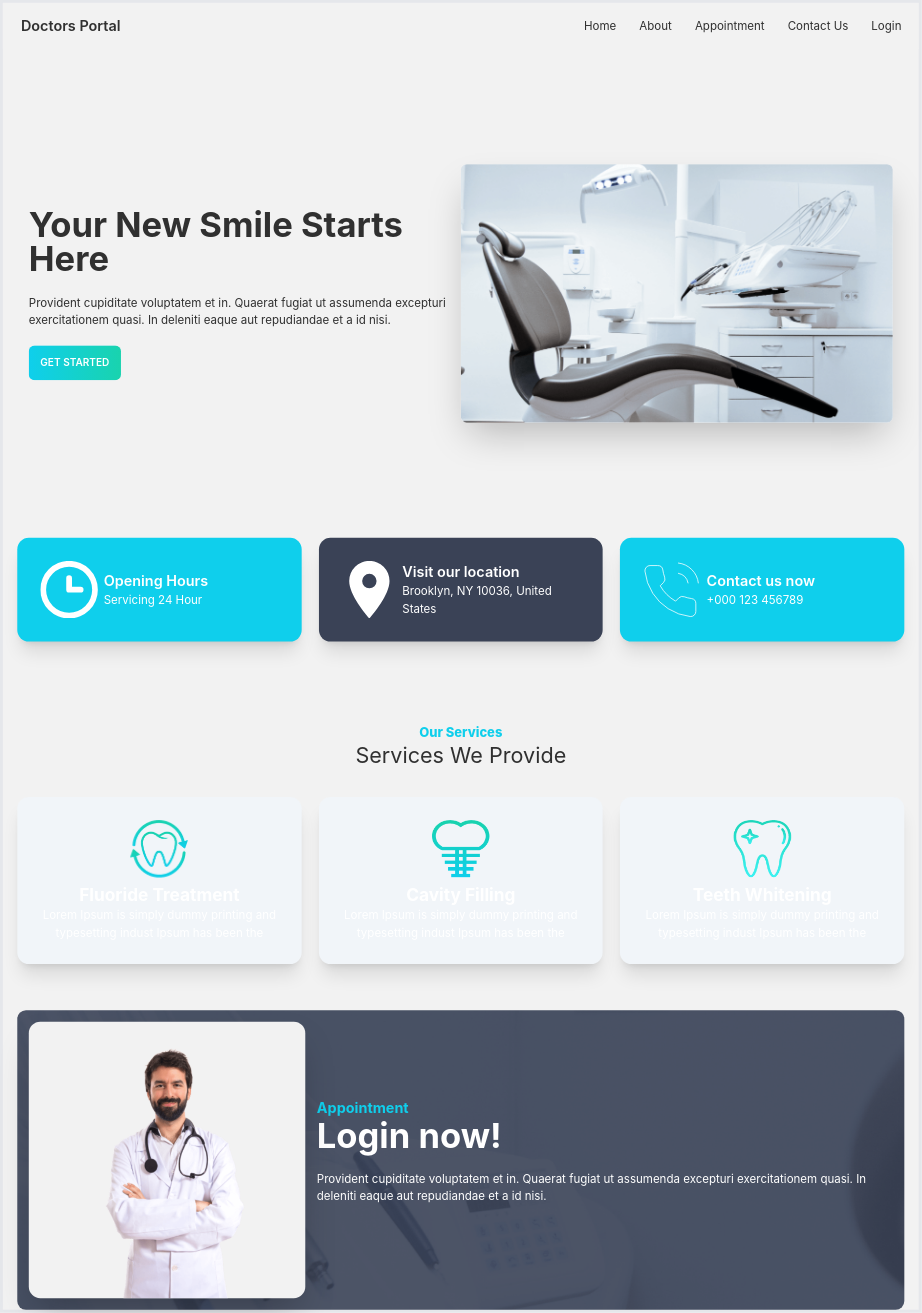
Repository: Samad77/Doctorportal-Client
Page: /
The author's editor kept a copy of each file at every save. The page is drawn from the files as they stood at one save, then again after the next save.
The browser window is 1280 px wide. The pictures show the whole page, at 72% of full size.
The project was rebuilt for these pictures with package versions that can differ from the ones it lists, and the page was loaded fresh each time. Also part of the build but not shown: src/Pages/Login/Login.js.

Above is the page before, as saved 2022-11-12 18:44:00.

### src/App.js
import logo from './logo.svg';
import './App.css';
import {RouterProvider} from 'react-router-dom'
import router from './Layout/Routes/Routes';
import Cards from './Pages/Home/Cards/Cards';
function App() {
  return (
    <div className="App max-w-[1440px] mx-auto border-4">
      <RouterProvider router={router}>

      </RouterProvider>
    </div>
  );
}

export default App;

### src/Layout/Routes/Routes.js
import { createBrowserRouter } from "react-router-dom";
import Home from "../../Pages/Home/Home";
import Login from "../../Pages/Login/Login";
import Main from "../Main/Main";

const router = createBrowserRouter([
    {path : "/",
    element : <Main></Main>,
    children : [
        {path : '/', element : <Home></Home>,},
        {path: '/home', element : <Home></Home>},
        {path: '/login', element : <Login></Login>},
    ]
    }
])

export default router;

### src/Pages/Home/Cards/Cards.js
import React from 'react';
import img1 from '../../../assets/icons/clock.svg'
import img2 from '../../../assets/icons/marker.svg'
import img3 from '../../../assets/icons/phone.svg'
import img4 from '../../../assets/icons/quote.svg'

const Cards = () => {
    return (
        <section className='grid grid-cols-1 gap-6 md:grid-cols-2 lg:grid-cols-3 my-28'>
            <div className="card  bg-primary text-white shadow-xl">
                <div className="card-body flex flex-col items-center  lg:flex-row">
                    <div className=''>
                        <img src={img1} alt="" className='w-20 h-20'/>
                    </div>
                    <div className='text-left'>
                        <h2 className="card-title">Opening Hours</h2>
                        <p>Servicing 24 Hour</p>
                    </div>

                </div>
            </div>

            <div className="card  bg-neutral text-white shadow-xl">
                <div className="card-body flex flex-col items-center  lg:flex-row">
                    <div className=''>
                        <img src={img2} alt="" className='w-20 h-20'/>
                    </div>
                    <div className='text-left'>
                        <h2 className="card-title">Visit our location</h2>
                        <p>Brooklyn, NY 10036, United States</p>
                    </div>

                </div>
            </div>

            <div className="card  bg-primary text-white shadow-xl">
                <div className="card-body flex flex-col items-center  lg:flex-row">
                    <div className=''>
                        <img src={img3} alt="" className='w-20 h-20'/>
                    </div>
                    <div className='text-left'>
                        <h2 className="card-title">Contact us now</h2>
                        <p>+000 123 456789</p>
                    </div>

                </div>
            </div>
        </section>
    );
};

export default Cards;

### src/Pages/Home/Home.js
import React from 'react';
import Banner from './Banner/Banner';
import Cards from './Cards/Cards';
import MakeAppointment from './MakeAppointment/MakeAppointment';
import Services from './Services/Services';

const Home = () => {
    return (
        <div className='mx-5'>
            <Banner></Banner>
            <Cards></Cards>
            <Services></Services>
            <MakeAppointment></MakeAppointment>
        </div>
    );
};

export default Home;

### src/Layout/Main/Main.js
import React from 'react';
import Footer from '../../Pages/Shared/Footer/Footer';
import Navbar from '../../Pages/Shared/Navbar/Navbar';
import {Outlet} from 'react-router-dom'
const Main = () => {
    return (
        <div>
            <Navbar></Navbar>
                <Outlet></Outlet>
            <Footer></Footer>
        </div>
    );
};

export default Main;

### src/Pages/Home/Banner/Banner.js
import React from 'react';
import img1 from '../../../assets/images/chair.png'
import PrimaryButton from '../../../Components/PrimaryButton/PrimaryButton';
const Banner = () => {
    return (
        <div className="hero bg-base-100 my-36">
            <div className="hero-content flex-col lg:flex-row-reverse">
                <img src={img1} className=" rounded-lg shadow-2xl lg:w-1/2" />
                <div className='text-left'>
                <h1 className="text-5xl font-bold">Your New Smile Starts Here</h1>
                <p className="py-6">Provident cupiditate voluptatem et in. Quaerat fugiat ut assumenda excepturi exercitationem quasi. In deleniti eaque aut repudiandae et a id nisi.</p>
                <PrimaryButton>Get Started</PrimaryButton>
                </div>
            </div>
        </div>
    );
};

export default Banner;

### src/Pages/Home/MakeAppointment/MakeAppointment.js
import React from 'react';
import img1 from '../../../assets/images/appointment.png'
import doctor from '../../../assets/images/doctor.png'

const MakeAppointment = () => {
    return (
        <div className="hero bg-base-100 mt-16 text-white rounded-xl" style={{background : `url(${img1})`}}>
  <div className="hero-content flex-col lg:flex-row-reverse">
    <div className="text-center lg:text-left">
      <h1 className='text-primary text-xl font-bold' >Appointment</h1>
      <h1 className="text-5xl font-bold">Login now!</h1>
      <p className="py-6">Provident cupiditate voluptatem et in. Quaerat fugiat ut assumenda excepturi exercitationem quasi. In deleniti eaque aut repudiandae et a id nisi.</p>
    </div>
    <div className="card flex-shrink-0  max-w-sm shadow-2xl bg-base-100">
       <img src={doctor} alt="" />
    </div>
  </div>
</div>
    );
};

export default MakeAppointment;

### src/Pages/Home/Services/Services.js
import React from 'react';
import img1 from '../../../assets/images/fluoride.png'
import img2 from '../../../assets/images/cavity.png'
import img3 from '../../../assets/images/whitening.png'
const Services = () => {
    const allServices = [
        {
            img : img1,
            name : "Fluoride Treatment",
            about : "Lorem Ipsum is simply dummy printing and typesetting indust Ipsum has been the"
        },
        {
            img : img2,
            name : "Cavity Filling",
            about : "Lorem Ipsum is simply dummy printing and typesetting indust Ipsum has been the"
        },
        {
            img : img3,
            name : "Teeth Whitening",
            about : "Lorem Ipsum is simply dummy printing and typesetting indust Ipsum has been the"
        },
    ]
    return (

        <section>

            <div className=''>
                <h1 className='text-primary text-lg font-extrabold'>Our Services</h1>
                <p className='text-3xl'>Services We Provide</p>
            </div>

            <div className='grid grid-cols-1 gap-6 my-10 md:grid-cols-2 lg:grid-cols-3'>

            {
                allServices.map( service => <Service key={service.name} service={service}></Service>)
            }
            </div>
        </section>

    );
};

const Service = ({service}) => {
    return (
        <div className="card  bg-primary text-white shadow-xl bg-slate-100 text-black ">
            <div className="card-body flex flex-col items-center  ">
                <div className=''>
                    <img src={service.img} alt="" className='w-20 h-20'/>
                </div>
                <div className=''>
                    <h2 className="text-2xl font-bold">{service.name}</h2>
                    <p>{service.about}</p>
                </div>
            </div>
        </div>


    )
}
export default Services;

### src/Pages/Shared/Navbar/Navbar.js
import React from 'react';
import {Link} from 'react-router-dom'
const Navbar = () => {

    const menuItems =

    <React.Fragment>
        <li><Link to="/home">Home</Link></li>
        <li><Link to="/about">About</Link></li>
        <li><Link to="/appointment">Appointment</Link></li>
        <li><Link to="/contact">Contact Us</Link></li>
        <li><Link to="/login">Login</Link></li>
    </React.Fragment>

    return (
        <div className="navbar bg-base-100 flex justify-between">
  <div className="navbar-start">
    <div className="dropdown">
      <label tabIndex={0} className="btn btn-ghost lg:hidden">
        <svg xmlns="http://www.w3.org/2000/svg" className="h-5 w-5" fill="none" viewBox="0 0 24 24" stroke="currentColor"><path strokeLinecap="round" strokeLinejoin="round" strokeWidth="2" d="M4 6h16M4 12h8m-8 6h16" /></svg>
      </label>
      <ul tabIndex={0} className="menu menu-compact dropdown-content mt-3 p-2 shadow rounded-box w-52">
            {menuItems}
      </ul>
    </div>
    <Link to='/' className="btn btn-ghost normal-case text-xl">Doctors Portal</Link>
  </div>
  <div className="navbar-center hidden lg:flex">
    <ul className="menu menu-horizontal p-0">
        {menuItems}
    </ul>
  </div>

</div>
    );
};

export default Navbar;

### src/Components/PrimaryButton/PrimaryButton.js
import React from 'react';

const PrimaryButton = ({children}) => {
    return (
        <button className="btn btn-primary border-0 bg-gradient-to-r from-primary to-secondary text-white">{children}</button>
    );
};

export default PrimaryButton;

### tailwind.config.js
/** @type {import('tailwindcss').Config} */
module.exports = {
  content: ["./src/**/*.{js,jsx,ts,tsx}"],
  theme: {
    extend: {},
  },
  daisyui : {
    themes : [

    {
      doctorThemes: {

primary: "#0FCFEC",

secondary: "#19D3AE",

neutral: "#3A4256",

"base-100": "#F2F2F2",

      },
    },
  ]
  },
  plugins: [require("daisyui")],
}

Loaded but not shown: public/index.html (common file); src/index.js (common file); src/index.css (common file); src/reportWebVitals.js (common file); src/App.css (common file); src/Pages/Shared/Footer/Footer.js (common file)

After the next save:
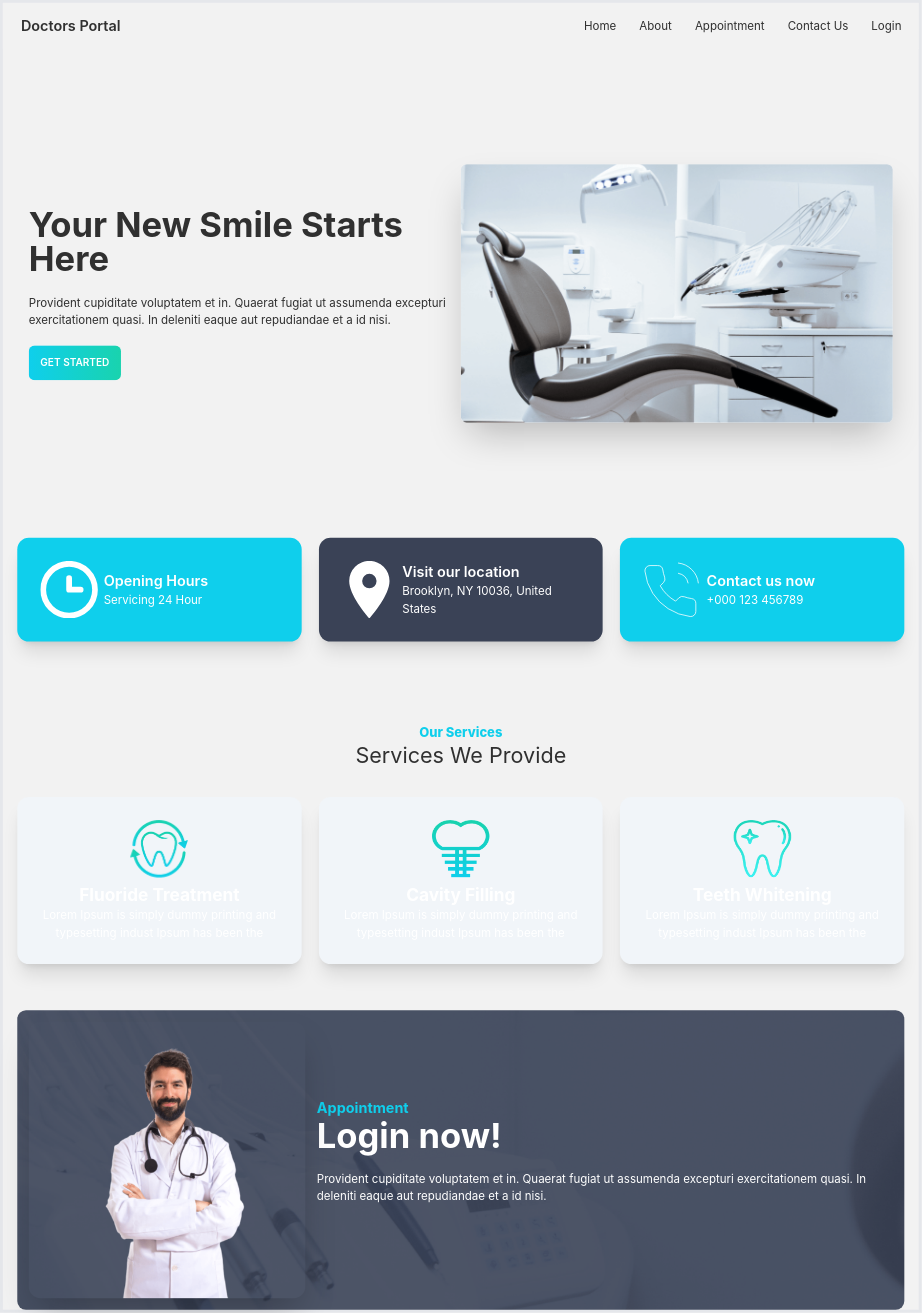
Saved 11 s later.
--- a/src/Pages/Home/MakeAppointment/MakeAppointment.js
+++ b/src/Pages/Home/MakeAppointment/MakeAppointment.js
@@ -11,7 +11,7 @@ const MakeAppointment = () => {
       <h1 className="text-5xl font-bold">Login now!</h1>
       <p className="py-6">Provident cupiditate voluptatem et in. Quaerat fugiat ut assumenda excepturi exercitationem quasi. In deleniti eaque aut repudiandae et a id nisi.</p>
     </div>
-    <div className="card flex-shrink-0  max-w-sm shadow-2xl bg-base-100">
+    <div className="card flex-shrink-0  max-w-sm shadow-2xl ">
        <img src={doctor} alt="" />
     </div>
   </div>
